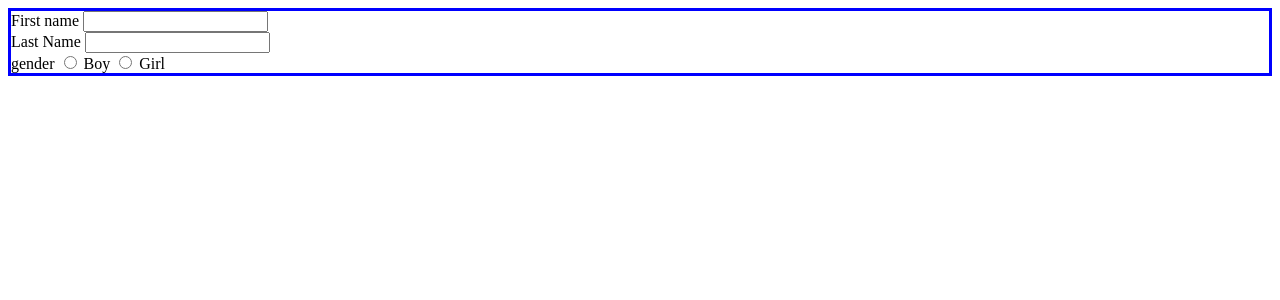
Repository: normansinegar/normansinegar.github.io
Page: myForm.html
The author's editor kept a record of every edit. The page is drawn from the files as they stood at one moment, then again after the next edit.
The browser window is 1280 px wide. The pictures show the whole page.

Above is the page before.

### myForm.html
<!DOCTYPE html>
<html>
    <head>
        <style>
            form{
                border:3px solid blue;
            }
        </style>
    </head>
</body>
     <form>
         First name
         <input type="text">
         <br>
         Last Name
        <input type="text">
        <br>

        gender
        <input type="radio" name="gender" value="Boy"> Boy
        <input type="radio" name="gender" value="Girl"> Girl
     </form>
</body>

After the next edit:
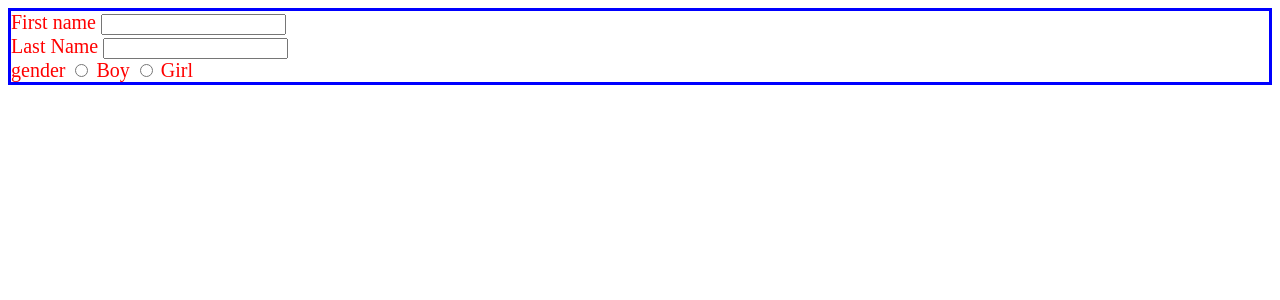
The edit:
--- a/myForm.html
+++ b/myForm.html
@@ -4,6 +4,8 @@
         <style>
             form{
                 border:3px solid blue;
+                font-size:20px;
+                color:red;
             }
         </style>
     </head>
